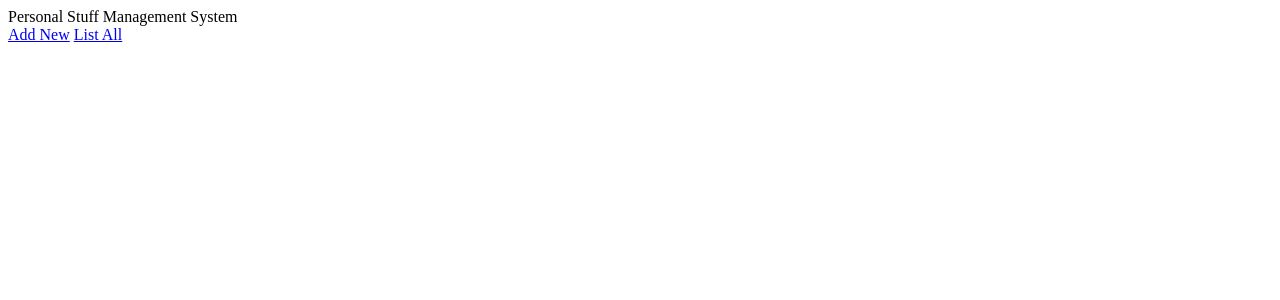
Repository: PhuongNgo95/PhuongNgo95.github.io
Page: http://localhost/PSMS/jsp/menu.jsp
These files come from the project's save history. The page is drawn as it stood at one moment and after the next save; the edit follows.
The browser window is 1280 px wide. The pictures show the whole page.
The page is served by Tomcat 9.

Above is the page before, as saved 2020-09-17 13:50:38.

After the next save:
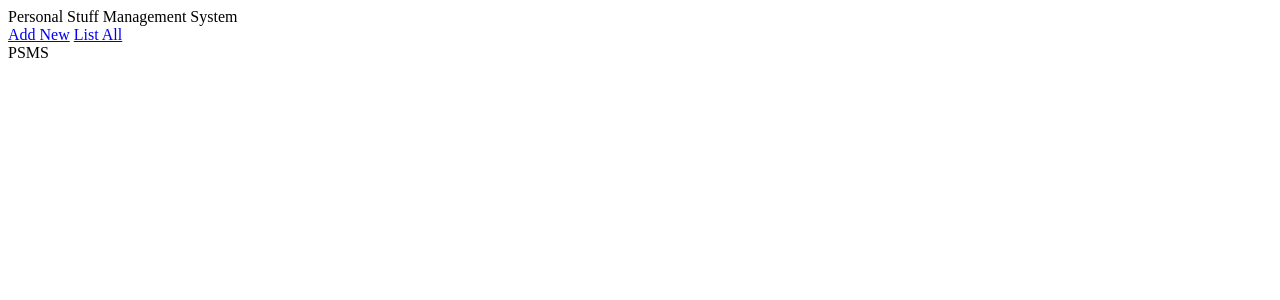
Saved 54 s later.
--- a/PSMS/WebContent/jsp/menu.jsp
+++ b/PSMS/WebContent/jsp/menu.jsp
@@ -8,6 +8,7 @@
 		</nav>
 	</div>
 </header>
-<div>
+<div class="mdl-layout__drawer">
+	<span class="mdl-layout-title">PSMS</span>
 
 </div>
